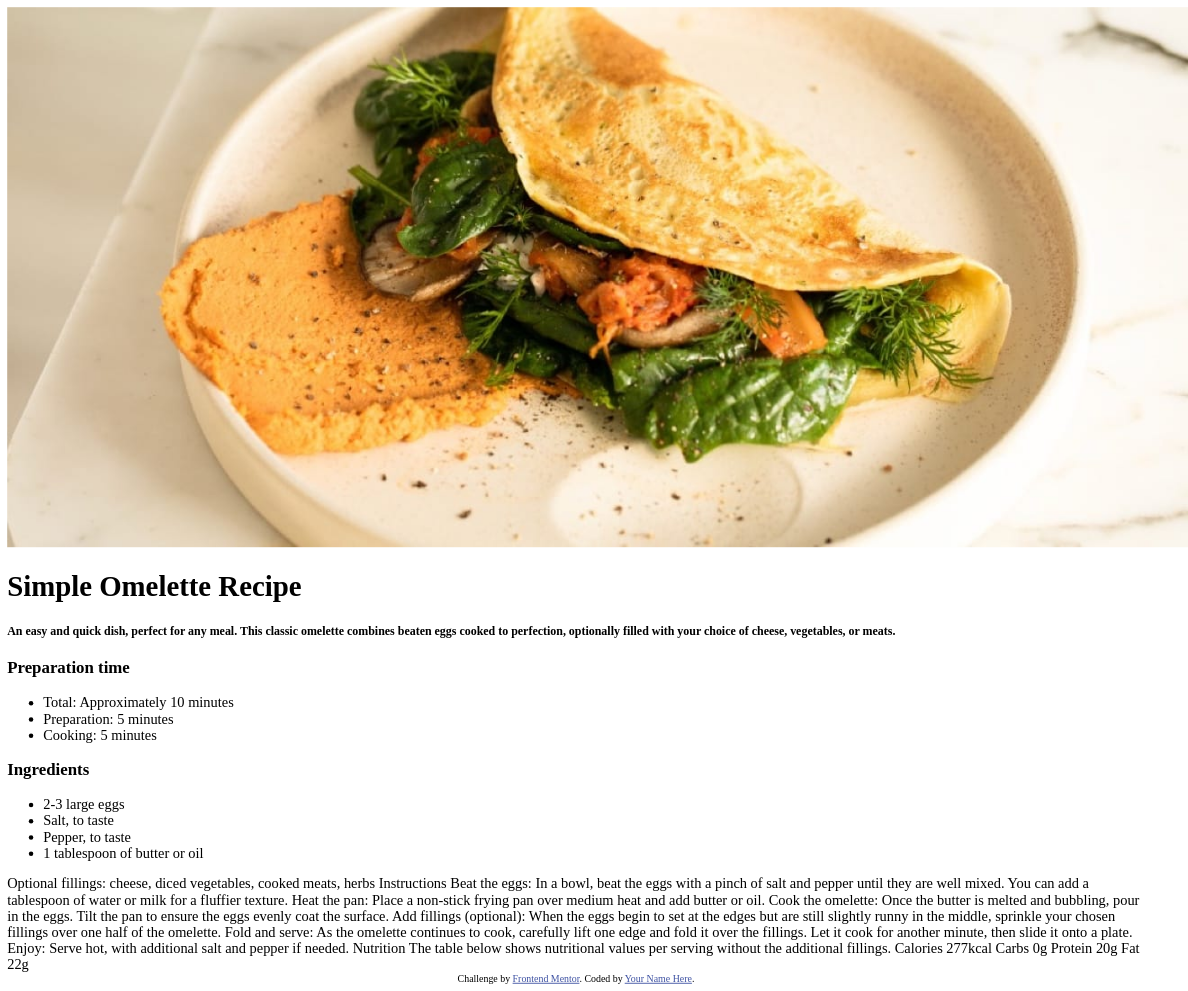
Repository: sodmaq/recipe-page-
Page: index.html
An editor plug-in stored every save of this project. The page is shown before and after the next save, followed by the edit.
The browser window is 1280 px wide. The page is 1320 px wide, so the pictures cover 1320 px, including what lies to the right of the window. The pictures show the whole page, at 90% of full size.

Above is the page before, as saved 2024-09-07 12:27:15.

After the next save:
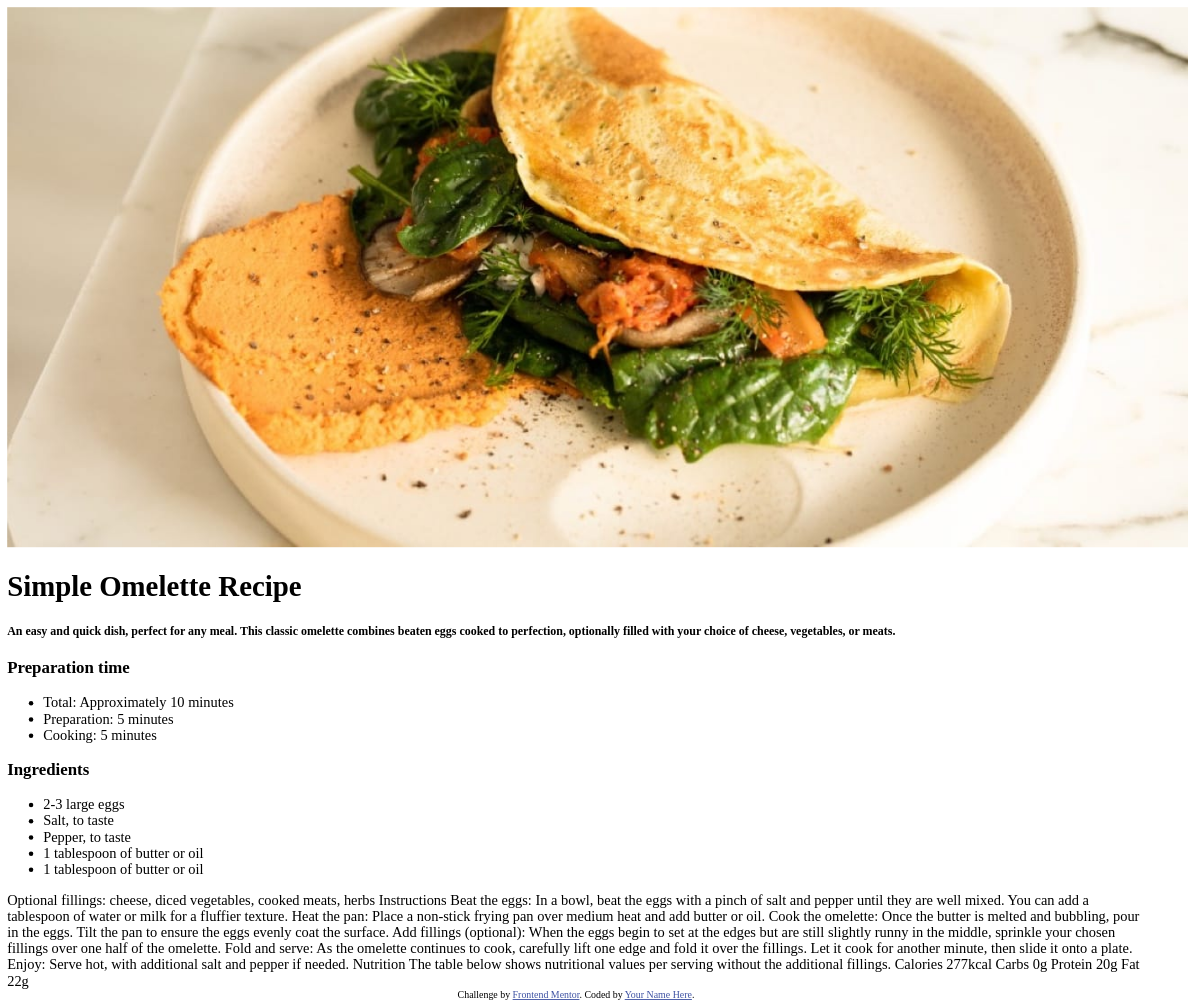
Saved 11 s later.
--- a/index.html
+++ b/index.html
@@ -46,6 +46,7 @@
       <li>Salt, to taste</li>
       <li>Pepper, to taste</li>
       <li>1 tablespoon of butter or oil</li>
+      <li>1 tablespoon of butter or oil</li>
     </ul>
 
     Optional fillings: cheese, diced vegetables, cooked meats, herbs
